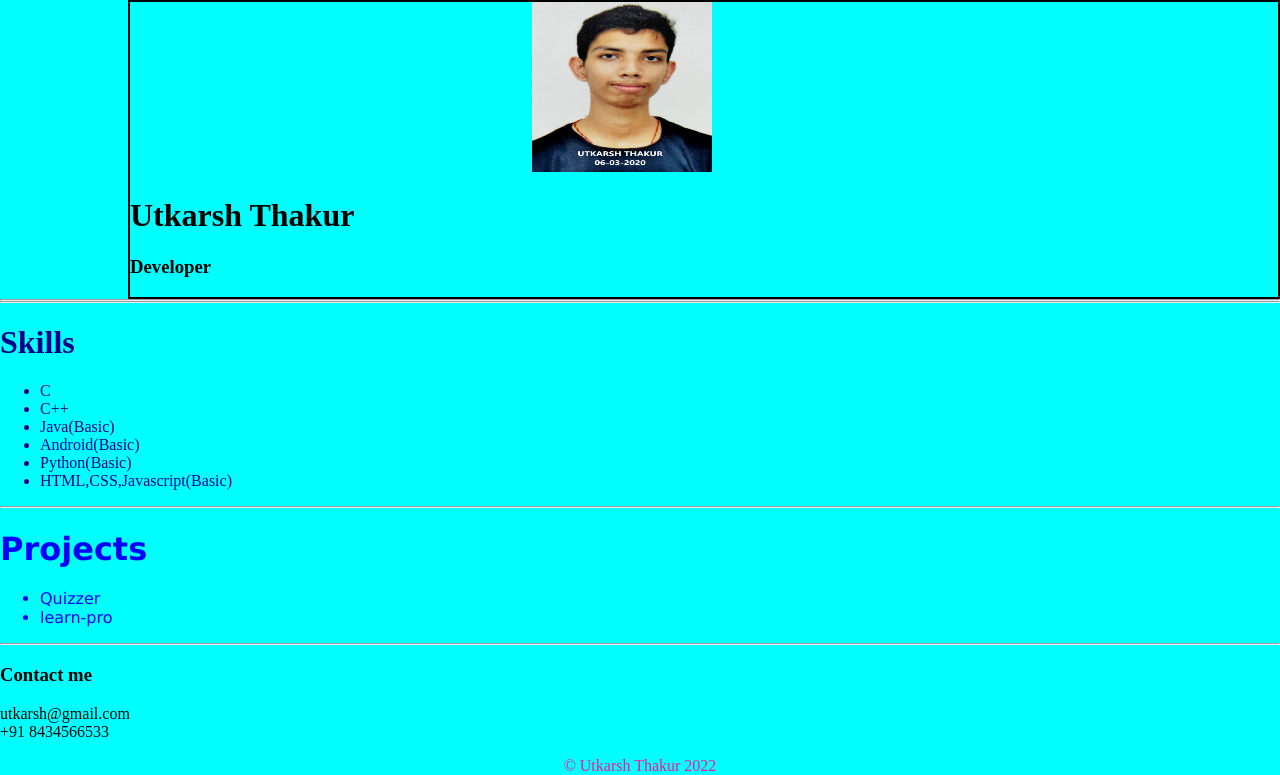
Repository: UtkarshThakur321/Utkarsh-Thakur-Profile
Page: index.html
An editor plug-in stored every save of this project. The page is shown before and after the next save, followed by the edit.
The browser window is 1280 px wide. The pictures show the whole page.

Above is the page before, as saved 2022-01-18 22:14:56.
Not found: main.js

### index.html
<!DOCTYPE html>
<html>
<head>
    <meta charset='utf-8'>
    <meta http-equiv='X-UA-Compatible' content='IE=edge'>
    <title>Page Title</title>
    <meta name='viewport' content='width=device-width, initial-scale=1'>
    <link rel='stylesheet' type='text/css' media='screen' href="index.css">
    <script src='main.js'></script>
</head>
<body>
    <div id="main">
    <!-- <div id="nav">
        <h1>My Resume</h1>
    </div> -->
    <div id="intro">
        <div id="profileImage">
             <img src="main3.jpg" alt="DP_Utkarsh__Thakur"
             width="180" height="170">
        </div>
        <div is="profileName">
            <h1>Utkarsh Thakur</h1>
        </div>
        <div>

            <h3>Developer</h3>
         </div>
    </div>
    <hr>


    <hr>

    <div id="skills">
        <h1>Skills</h1>
        <ul>
            <li>C</li>
            <li>C++</li>
            <li>Java(Basic)</li>
            <li>Android(Basic)</li>
            <li>Python(Basic)</li>
            <li>HTML,CSS,Javascript(Basic)</li>
        </ul>
    </div>

    <hr>
    <div id="projects">
        <h1>Projects</h1>
        <ul>
            <li>Quizzer</li>
            <li>learn-pro</li>
        </ul>
    </div>
    <hr>

    <div id="footer">
        <h3>Contact me</h3>
        <p>
            utkarsh@gmail.com<br>
            +91 8434566533

        </p>
            <div id="copyright">
         &copy; Utkarsh Thakur 2022
            </div>
        </div>
    </div>



</body>
</html>

### index.css
body{
    width:100%;
    margin:0px;
    background-color:aqua

}
#intro{
    border:2px solid black;
    margin-left: 10%;
}

#profileImage>img{
    height:300px
    border-radius: 90px;
    margin-left:35%;

}

.intro{
    color:brown;

}

#image{
    width:50%;
}

hr{
    margin:0px;
}

#nav{
    height:50px;
    display:content;
    text-align: center;
    font-weight: 900;
    color:black;}
    /* text-align: center;
    font-family: Verdana, Geneva, Tahoma, sans-serif;
} */

#skills{
    color:darkblue;
    font-weight: 400;

}

#projects{
    font-family: Verdana, Geneva, Tahoma, sans-serif;
    color:blue;
}


/* #footer{
    text-align: center;
} */
#copyright{
    text-align: center;
    color:deeppink
}

After the next save:
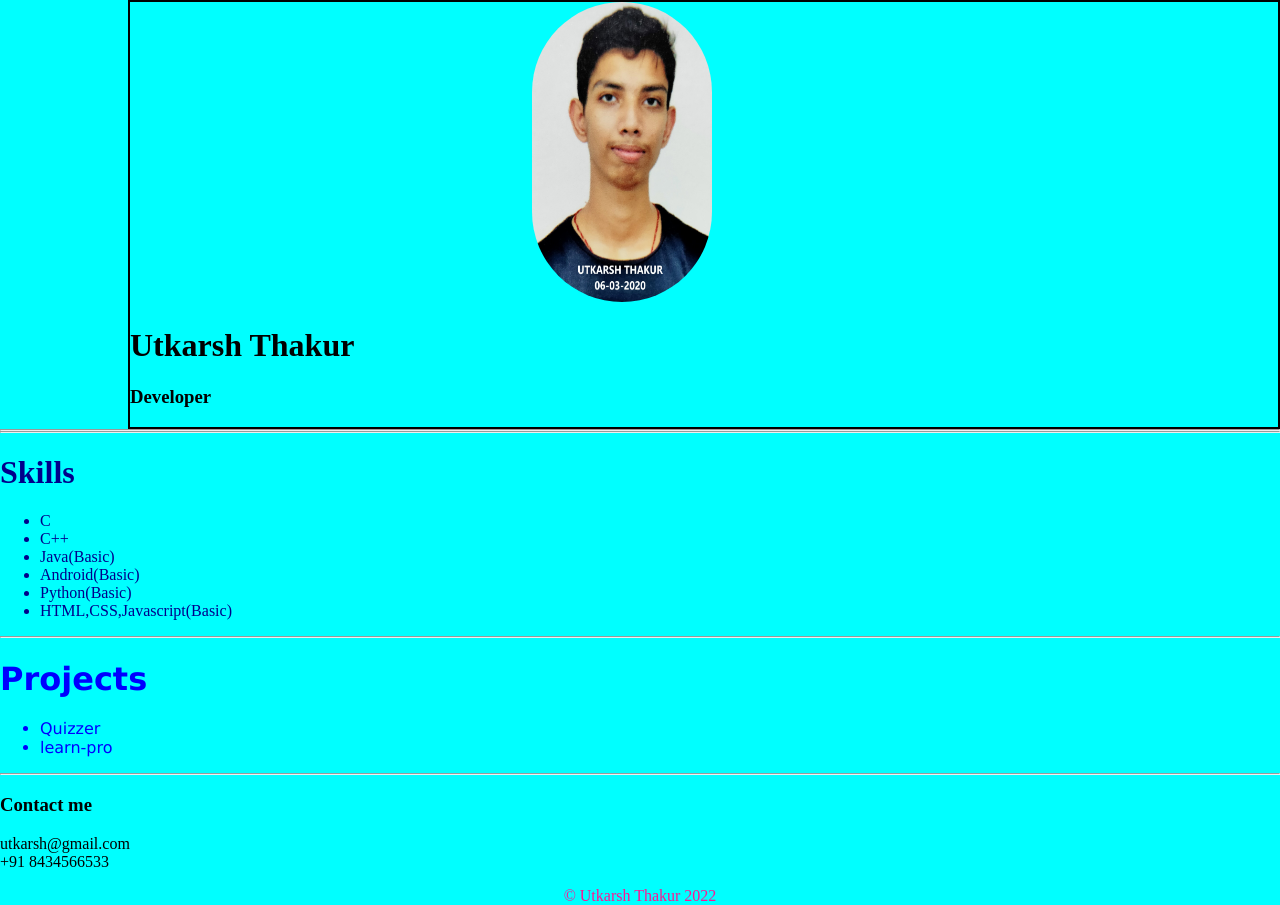
Saved 4 s later.
--- a/index.css
+++ b/index.css
@@ -10,7 +10,7 @@ body{
 }
 
 #profileImage>img{
-    height:300px
+    height:300px;
     border-radius: 90px;
     margin-left:35%;
 
